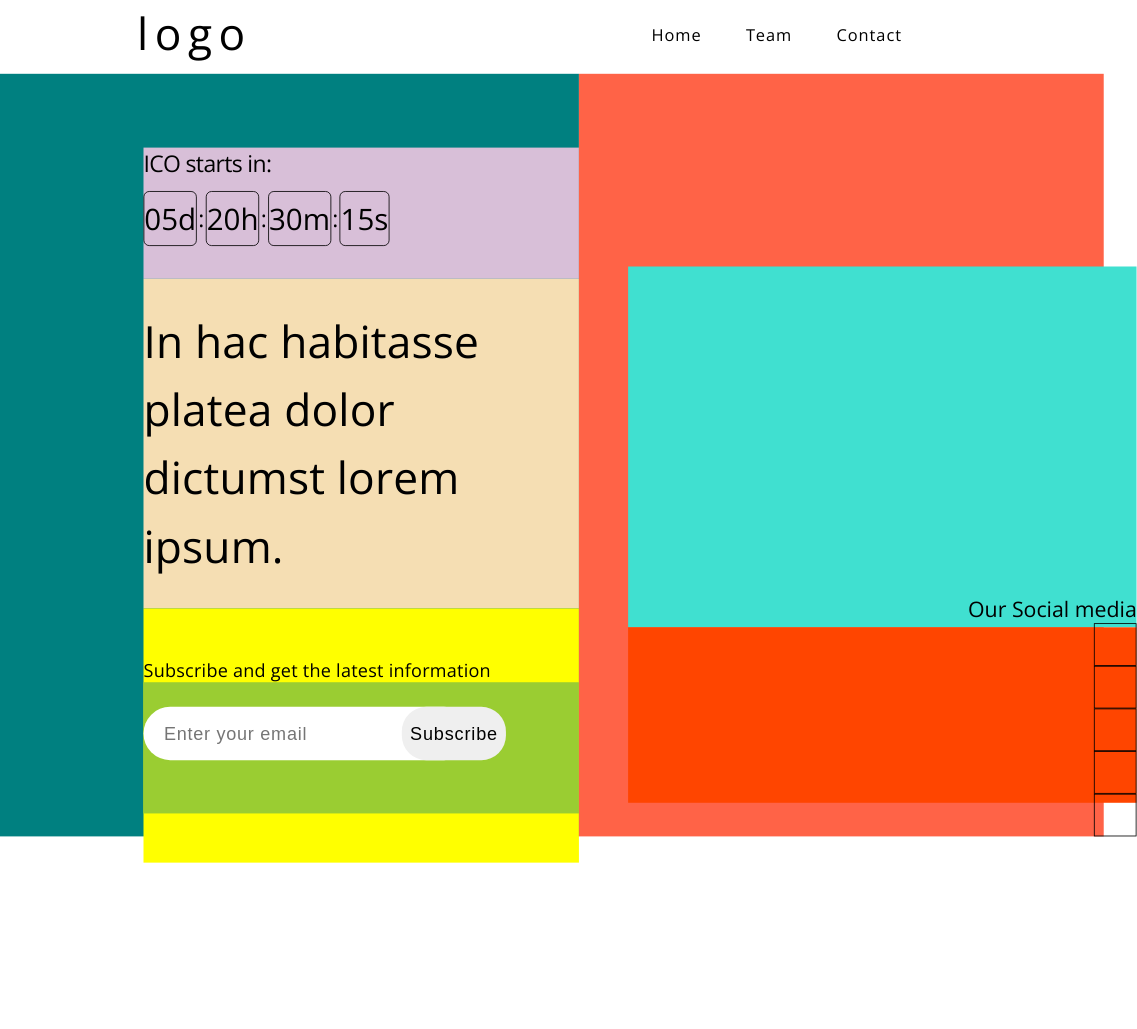
Repository: McGregorSt/newOne
Page: index.html
An editor plug-in stored every save of this project. The page is shown before and after a run of saves, followed by the edit.
The browser window is 1280 px wide. The page is 1386 px wide, so the pictures cover 1386 px, including what lies to the right of the window. The pictures show the whole page, at 82% of full size.

Above is the page before, as saved 2019-12-13 19:14:01.

After the next 3 saves:
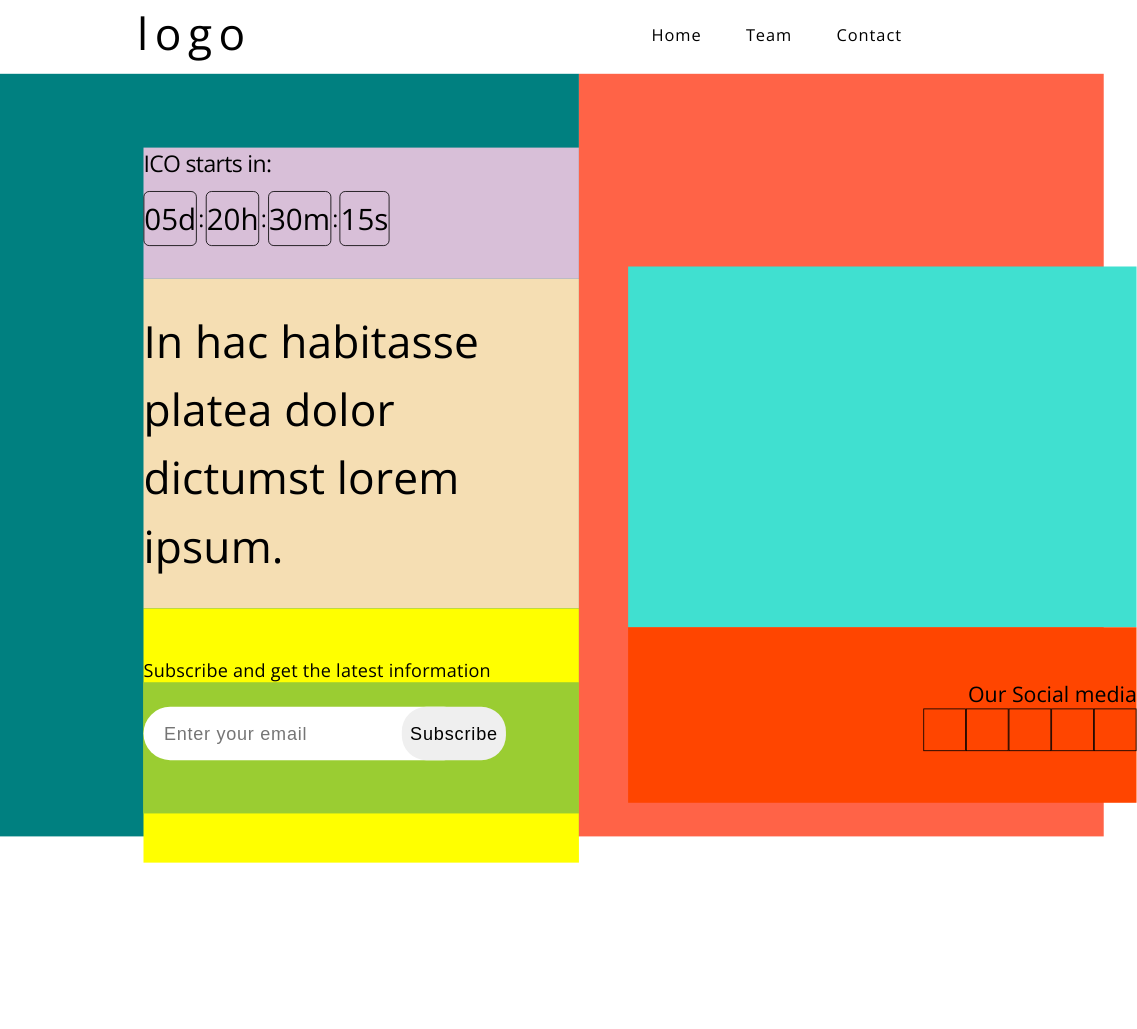
The 3 saves are shown as one change because they came seconds apart.
The last was saved 9 s later.
--- a/css/style.css
+++ b/css/style.css
@@ -146,7 +146,10 @@ body {
   font-size: 26px;
   background-color: orangered;
 }
-.media__social
+.media__social__items {
+  display: flex;
+
+}
 div.media__social__items > div {
   width: 50px;
   height: 50px;
